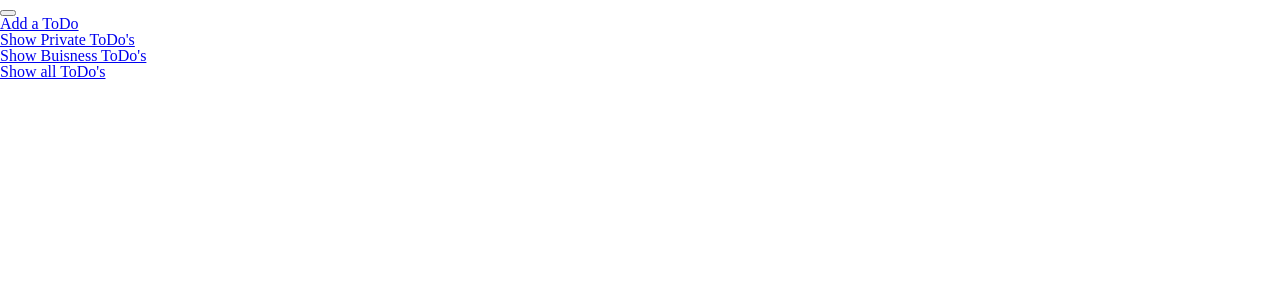
Repository: Gibon9/ToDo
Page: index.html
The author's editor kept a copy of each file at every save. The page is drawn from the files as they stood at one save, then again after the next save.
The browser window is 1280 px wide. The pictures show the whole page.

Above is the page before, as saved 2020-12-02 16:08:33.

After the next save:
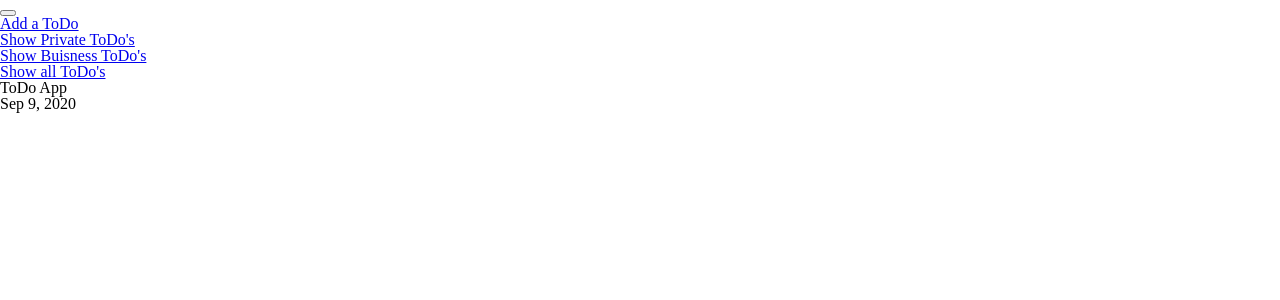
Saved 6 min 16 s later.
--- a/index.html
+++ b/index.html
@@ -15,7 +15,7 @@
         <div class="hamburger__line hamburger__line--short"></div>
         <div class="hamburger__line hamburger__line--long"></div>
       </button>
-      <nav class="header__nav">
+      <nav class="header__nav header__nav--hidden">
         <ul class="nav__list">
           <li class="list__item">
             <a href="#" class="list__link">Add a ToDo</a>
@@ -31,6 +31,10 @@
           </li>
         </ul>
       </nav>
+      <section class="header__content">
+        <h1 class="header__title">ToDo App</h1>
+        <p class="main__text">Sep 9, 2020</p>
+      </section>
     </header>
     <main class="main-content"></main>
     <script src="./index.js"></script>
